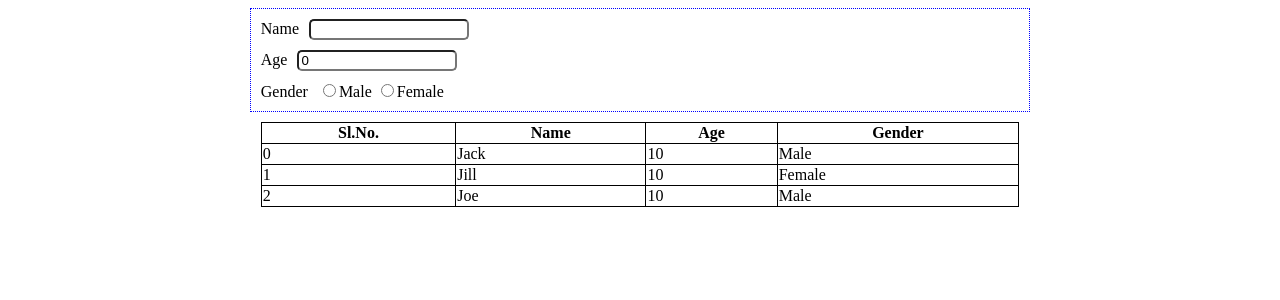
Repository: tysonpaul89/vue-student-crud
Page: /
These files come from the project's save history. The page is drawn as it stood at one moment and after the next save; the edit follows.
The browser window is 1280 px wide. The pictures show the whole page.
The project was rebuilt for these pictures with package versions that can differ from the ones it lists, and the page was loaded fresh each time.

Above is the page before, as saved 2020-04-10 17:39:47.

After the next save:
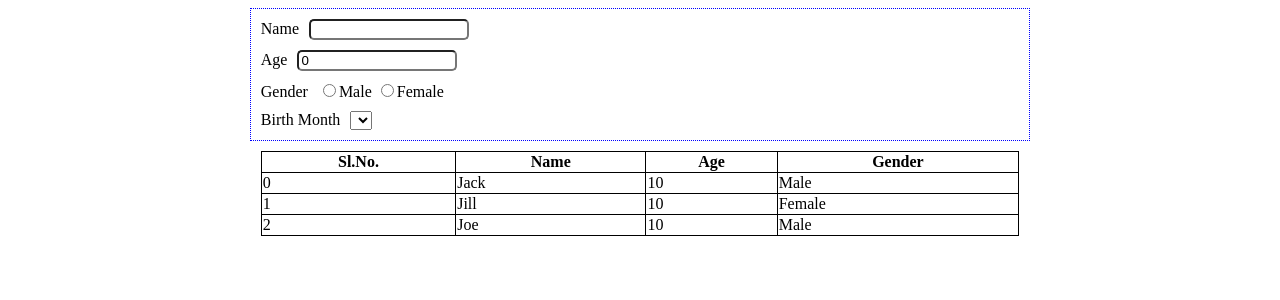
Saved 21 min 9 s later.
--- a/src/components/StudentForm.vue
+++ b/src/components/StudentForm.vue
@@ -13,6 +13,12 @@
         <label>Gender</label>
         <input type="radio" name="Male" value="Male" v-model="studentForm.gender">Male
         <input type="radio" name="Female" value="Female" v-model="studentForm.gender">Female
+      </div>
+      <div class="form-group">
+        <label for="month">Birth Month</label>
+        <select name="month" id="month">
+          <option value=""></option>
+        </select>
       </div>
     </form>
   </div>
